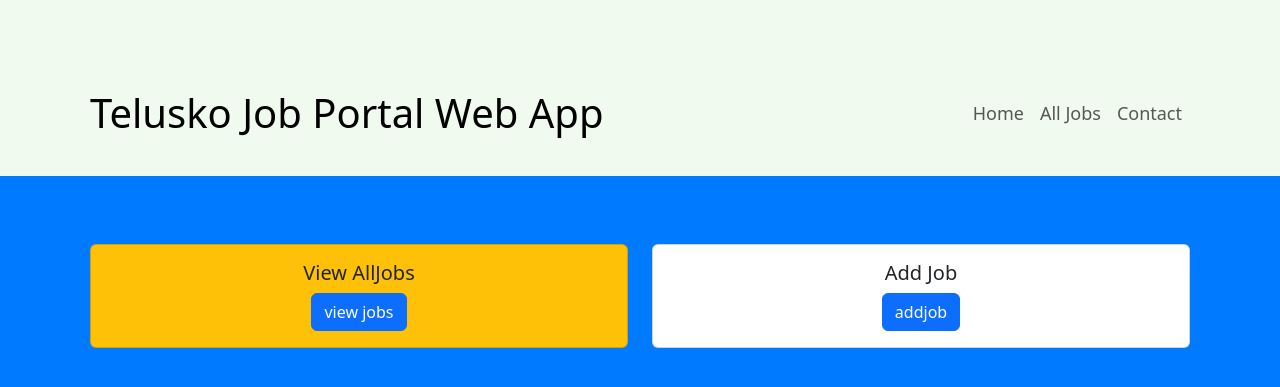
Repository: Sabushaik/Spring-
Page: http://localhost/JobApp/views/home.jsp
An editor plug-in stored every save of this project. The page is shown before and after the next save, followed by the edit.
The browser window is 1280 px wide. The pictures show the whole page.
The page is served by Tomcat 9. Other server files are loaded and not shown.

Above is the page before, as saved 2024-05-18 01:41:37.

### JobApp/src/main/webapp/views/home.jsp
<%@ page language="java" contentType="text/html; charset=UTF-8"
	pageEncoding="UTF-8"%>


<!DOCTYPE html>
<html lang="en">
<head>
<meta charset="UTF-8">
<meta name="viewport" content="width=device-width, initial-scale=1">

<title>Telusko Job Portal</title>
<link
	href="https://cdn.jsdelivr.net/npm/bootstrap@5.3.2/dist/css/bootstrap.min.css"
	rel="stylesheet"
	integrity="sha384-T3c6CoIi6uLrA9TneNEoa7RxnatzjcDSCmG1MXxSR1GAsXEV/Dwwykc2MPK8M2HN"
	crossorigin="anonymous">
<link rel="stylesheet" type="text/css" href="style.css">
<link rel="stylesheet" type="text/css" href="style1.css">
<style>
h2 {
	font-size: 16px;
	margin-bottom: 5px;
}

p {
	font-size: 12px;
	margin: 0;
}

 .bg-clr{
        background-color:#f1faee;
        }


</style>
</head>
<body>


	<nav class="navbar navbar-expand-lg navbar-light bg-clr">
		<div class="container">
			<a class="navbar-brand fs-1 fw-medium " href="#">Telusko Job
				Portal Web App</a>
			<button class="navbar-toggler" type="button"
				data-bs-toggle="collapse" data-bs-target="#navbarNav"
				aria-controls="navbarNav" aria-expanded="false"
				aria-label="Toggle navigation">
				<span class="navbar-toggler-icon"></span>
			</button>
			<div class="collapse navbar-collapse" id="navbarNav">
				<ul class="navbar-nav ms-auto">
					<li class="nav-item"><a class="nav-link" href="home">Home</a>
					</li>
					<li class="nav-item"><a class="nav-link" href="viewalljobs">All
							Jobs</a></li>

					<li class="nav-item"><a class="nav-link"
						href="https://telusko.com/">Contact</a></li>
				</ul>
			</div>
		</div>
	</nav>

	<div class="container mt-5">
		<div class="row">
			<!-- Card 1 -->
			<div class="col-md-6 mb-5">
				<div class="card bg-warning">
					<div class="card-body text-center">
						<h5 class="card-title">View AllJobs</h5>
						<form action="/viewalljobs" method="get">
							<!-- Add your form fields here -->
							<button type="submit" class="btn btn-primary">view jobs</button>
						</form>
					</div>
				</div>
			</div>

			<!-- Card 2 -->
			<div class="col-md-6 mb-5">
				<div class="card">
					<div class="card-body text-center">
						<h5 class="card-title">Add Job</h5>
						<form action="/addjob" method="get">
							<!-- Your form fields go here if needed -->

							<button type="submit" class="btn btn-primary">addjob</button>
						</form>

					</div>
				</div>
			</div>


		</div>
	</div>


	<!-- Add the Bootstrap JS and Popper.js scripts -->
	<script
		src="https://cdn.jsdelivr.net/npm/bootstrap@5.3.2/dist/js/bootstrap.bundle.min.js"
		integrity="sha384-C6RzsynM9kWDrMNeT87bh95OGNyZPhcTNXj1NW7RuBCsyN/o0jlpcV8Qyq46cDfL"
		crossorigin="anonymous"></script>
</body>
</html>

### JobApp/src/main/webapp/style.css
@charset "UTF-8";

body {
    background-color:#1e96fc; /* Bootstrap primary blue */
    color: #fff; /* Text color for better contrast on the blue background */

}
.navbar-nav .nav-link {
            font-size: 18px; /* Adjust the font size as needed */
        }
.container {
    border-radius: 5px; /* Optional: Add some border-radius for a softer look */
    padding: 20px;
    margin-top: 50px; /* Adjust the margin as needed */
}

.cdClass{
	background-color: #ffffff;
	border-radius: 10px;
}

### JobApp/src/main/webapp/style1.css
@charset "UTF-8";

body {
            background-color: #007bff;
        }

        .oval-box-container {
            display: flex;
            justify-content: space-around;
            margin-top: 15px;
        }

        .oval-box {
            position: relative;
            width: 300px; /* Adjusted width */
            height: 200px; /* Adjusted height */
            background-color: #71816d;
            border-radius: 50%;
            color: #fff;
            text-align: center;
            display: flex;
            flex-direction: column;
            justify-content: center;
            align-items: center;
            cursor: pointer;
        }

        .oval-box:hover {
            background-color: #0056b3;
        }

After the next save:
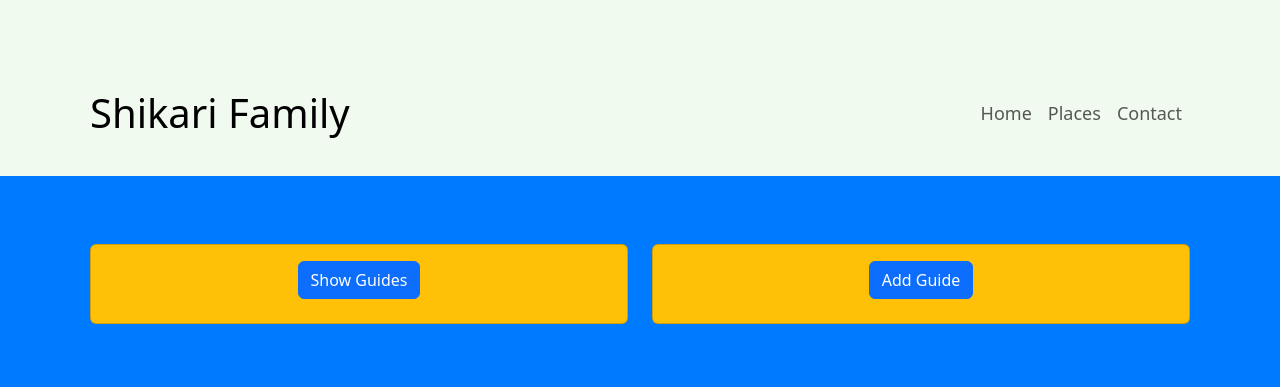
Saved 2 min 22 s later.
--- a/JobApp/src/main/webapp/views/home.jsp
+++ b/JobApp/src/main/webapp/views/home.jsp
@@ -39,8 +39,7 @@ p {
 
 	<nav class="navbar navbar-expand-lg navbar-light bg-clr">
 		<div class="container">
-			<a class="navbar-brand fs-1 fw-medium " href="#">Telusko Job
-				Portal Web App</a>
+			<a class="navbar-brand fs-1 fw-medium " href="#">Shikari Family</a>
 			<button class="navbar-toggler" type="button"
 				data-bs-toggle="collapse" data-bs-target="#navbarNav"
 				aria-controls="navbarNav" aria-expanded="false"
@@ -51,8 +50,7 @@ p {
 				<ul class="navbar-nav ms-auto">
 					<li class="nav-item"><a class="nav-link" href="home">Home</a>
 					</li>
-					<li class="nav-item"><a class="nav-link" href="viewalljobs">All
-							Jobs</a></li>
+					<li class="nav-item"><a class="nav-link" href="viewalljobs">Places </a></li>
 
 					<li class="nav-item"><a class="nav-link"
 						href="https://telusko.com/">Contact</a></li>
@@ -67,24 +65,24 @@ p {
 			<div class="col-md-6 mb-5">
 				<div class="card bg-warning">
 					<div class="card-body text-center">
-						<h5 class="card-title">View AllJobs</h5>
+					<!--  	<h5 class="card-title">View AllJobs</h5>-->
 						<form action="/viewalljobs" method="get">
 							<!-- Add your form fields here -->
-							<button type="submit" class="btn btn-primary">view jobs</button>
-						</form>
+					<h5 class="card-title" >		<button type="submit" class="btn btn-primary">Show Guides</button>
+						</h5></form>
 					</div>
 				</div>
 			</div>
 
 			<!-- Card 2 -->
 			<div class="col-md-6 mb-5">
-				<div class="card">
+				<div class="card bg-warning">
 					<div class="card-body text-center">
-						<h5 class="card-title">Add Job</h5>
+
 						<form action="/addjob" method="get">
 							<!-- Your form fields go here if needed -->
 
-							<button type="submit" class="btn btn-primary">addjob</button>
+							<h5 class="card-title"> <button type="submit" class="btn btn-primary">Add Guide </button></h5>
 						</form>
 
 					</div>
